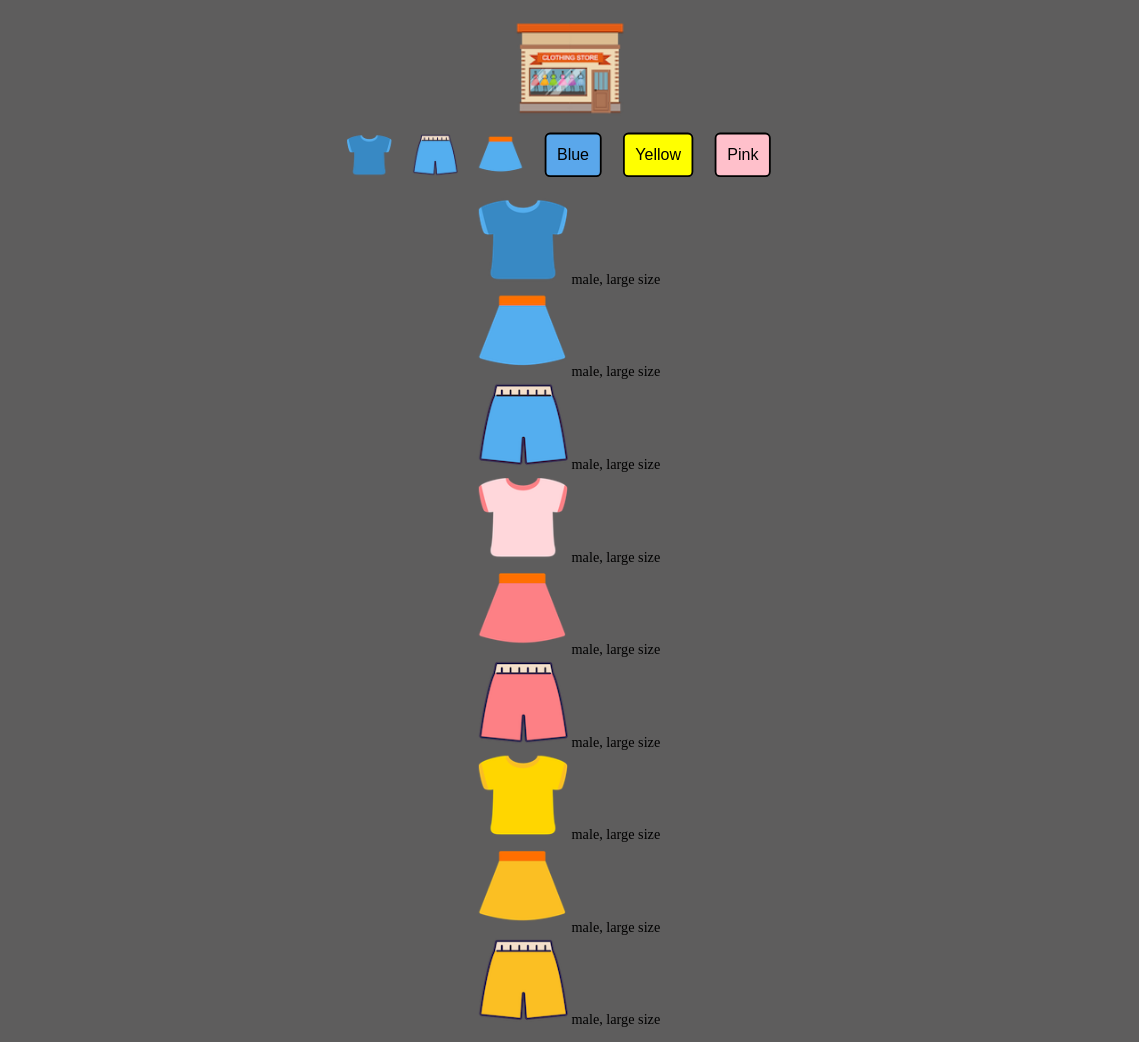
Repository: keehoonjung/Shoppingmall-Game
Page: index.html
These files come from the project's save history. The page is drawn as it stood at one moment and after the next save; the edit follows.
The browser window is 1280 px wide. The pictures show the whole page, at 89% of full size.

Above is the page before, as saved 2021-08-12 13:43:18.

### index.html
<!DOCTYPE html>
<html lang="en">
<head>
    <meta charset="UTF-8">
    <meta http-equiv="X-UA-Compatible" content="IE=edge">
    <meta name="viewport" content="width=device-width, initial-scale=1.0">
    <title>Shoppingamll Game</title>
    <link rel="stylesheet" href="style.css">
    <script src="main.js" defer></script>
</head>
<body>
    <header>
        <img src="./imgs/logo.png" alt="header" class="header__logo">
    </header>
    <ul class="filter">
        <li class="filter__btn">
            <img src="./imgs/blue_t.png" alt="shirt" class="shirt">
        </li>
        <li class="filter__btn">
            <img src="./imgs/blue_p.png" alt="pants" class="pants">
        </li>
        <li class="filter__btn">
            <img src="./imgs/blue_s.png" alt="" class="skirts">
        </li>
        <li class="filter__btn">
            <button class="blue">
                Blue
            </button>
        </li>
        <li class="filter__btn">
            <button class="yellow">
                Yellow
            </button>
        </li>
        <li class="filter__btn">
            <button class="pink">
                Pink
            </button>
        </li>
    </ul>
    <ul class="items">
        <li class="item">
            <img src="./imgs/blue_t.png" alt="blueshirt">
            <span>male, large size</span>
        </li>
        <li class="item">
            <img src="./imgs/blue_s.png" alt="blueshirt">
            <span>male, large size</span>
        </li>
        <li class="item">
            <img src="./imgs/blue_p.png" alt="blueshirt">
            <span>male, large size</span>
        </li>
        <li class="item">
            <img src="./imgs/pink_t.png" alt="blueshirt">
            <span>male, large size</span>
        </li>
        <li class="item">
            <img src="./imgs/pink_s.png" alt="blueshirt">
            <span>male, large size</span>
        </li>
        <li class="item">
            <img src="./imgs/pink_p.png" alt="blueshirt">
            <span>male, large size</span>
        </li>
        <li class="item">
            <img src="./imgs/yellow_t.png" alt="blueshirt">
            <span>male, large size</span>
        </li>
        <li class="item">
            <img src="./imgs/yellow_s.png" alt="blueshirt">
            <span>male, large size</span>
        </li>
        <li class="item">
            <img src="./imgs/yellow_p.png" alt="blueshirt">
            <span>male, large size</span>
        </li>
    </ul>
</body>
</html>

### style.css
* {
  box-sizing: border-box;
}

body {
  background-color: rgb(94, 93, 93);
  text-align: center;
  margin: 0;
}

ul {
  list-style: none;
}

button {
  border: 2px solid black;
  outline: none;
  border-radius: 6px;
  display: inline-block;
  height: 50px;
  padding: 8px 12px;
  font-size: 18px;
}

header {
  margin-top: 20px;
}

.header__logo {
  width: 125px;
}

.filter {
  display: flex;
  justify-content: center;
  margin: 0;
  padding: 0;
}

.filter__btn {
  padding-right: 24px;
}

.filter__btn img {
  height: 50px;
}

.blue {
  background-color: rgb(90, 167, 235);
}

.yellow {
  background-color: yellow;
}

.pink {
  background-color: pink;
}

.items {
  padding: 0;
}

Loaded but not shown: main.js (no copy from this time; the picture is the same without it)

After the next save:
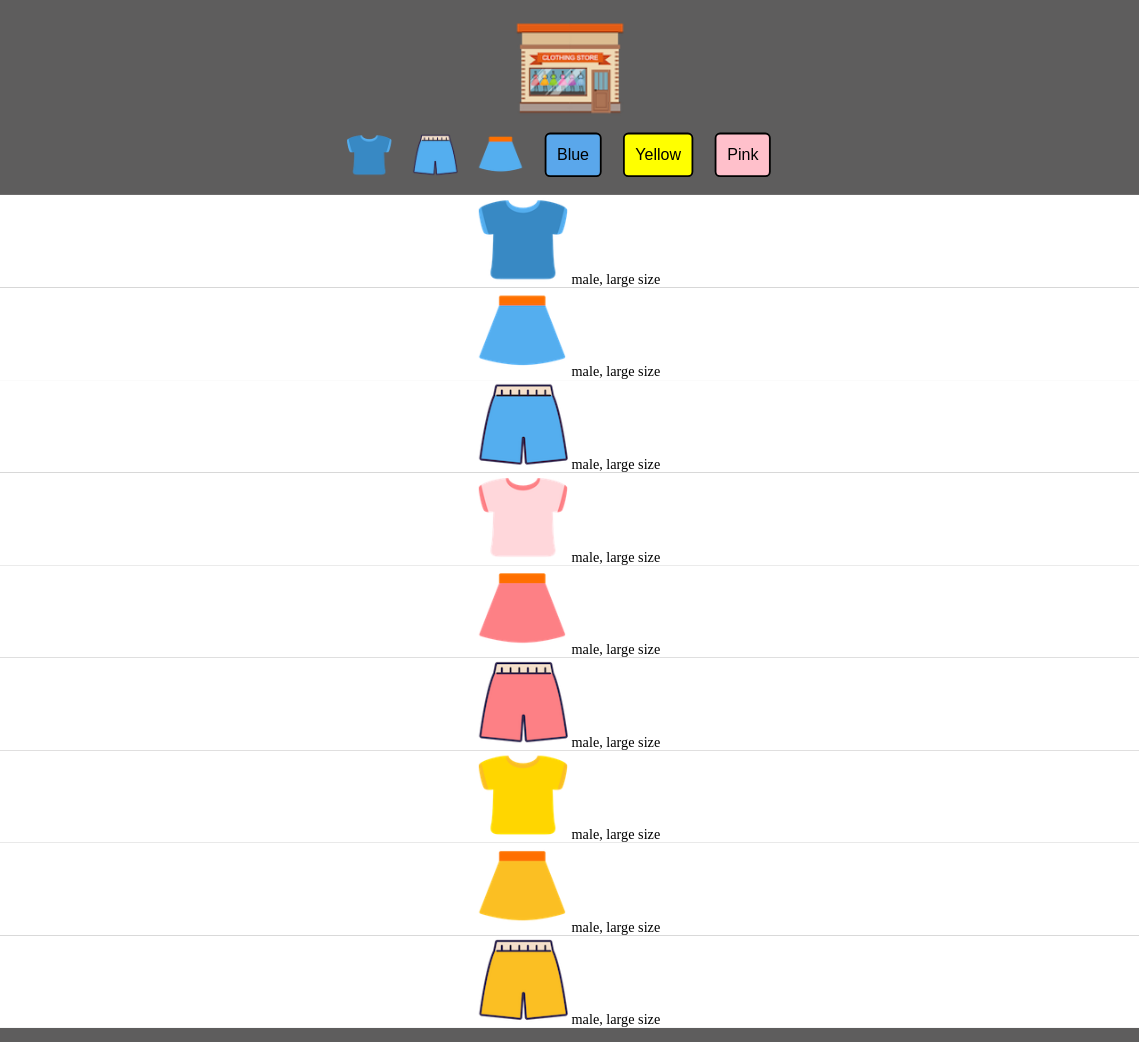
Saved 10 s later.
--- a/style.css
+++ b/style.css
@@ -60,3 +60,7 @@ header {
 .items {
   padding: 0;
 }
+
+.item {
+  background-color: white;
+}
